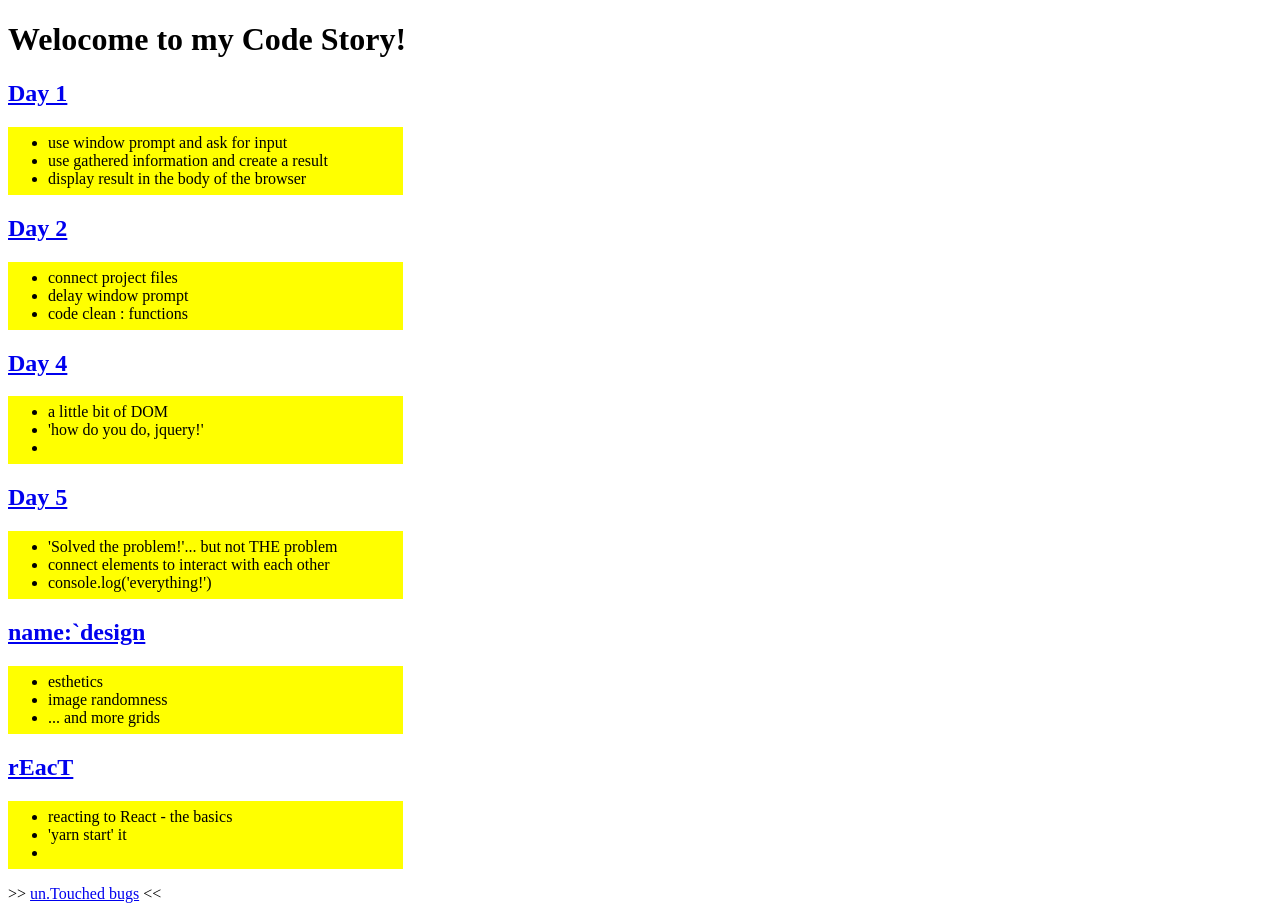
Repository: cicomsa/myCodeStory
Page: myCodeStory.html
These files come from the project's save history. The page is drawn as it stood at one moment and after the next save; the edit follows.
The browser window is 1280 px wide. The pictures show the whole page.

Above is the page before, as saved 2018-05-28 19:28:40.

After the next save:
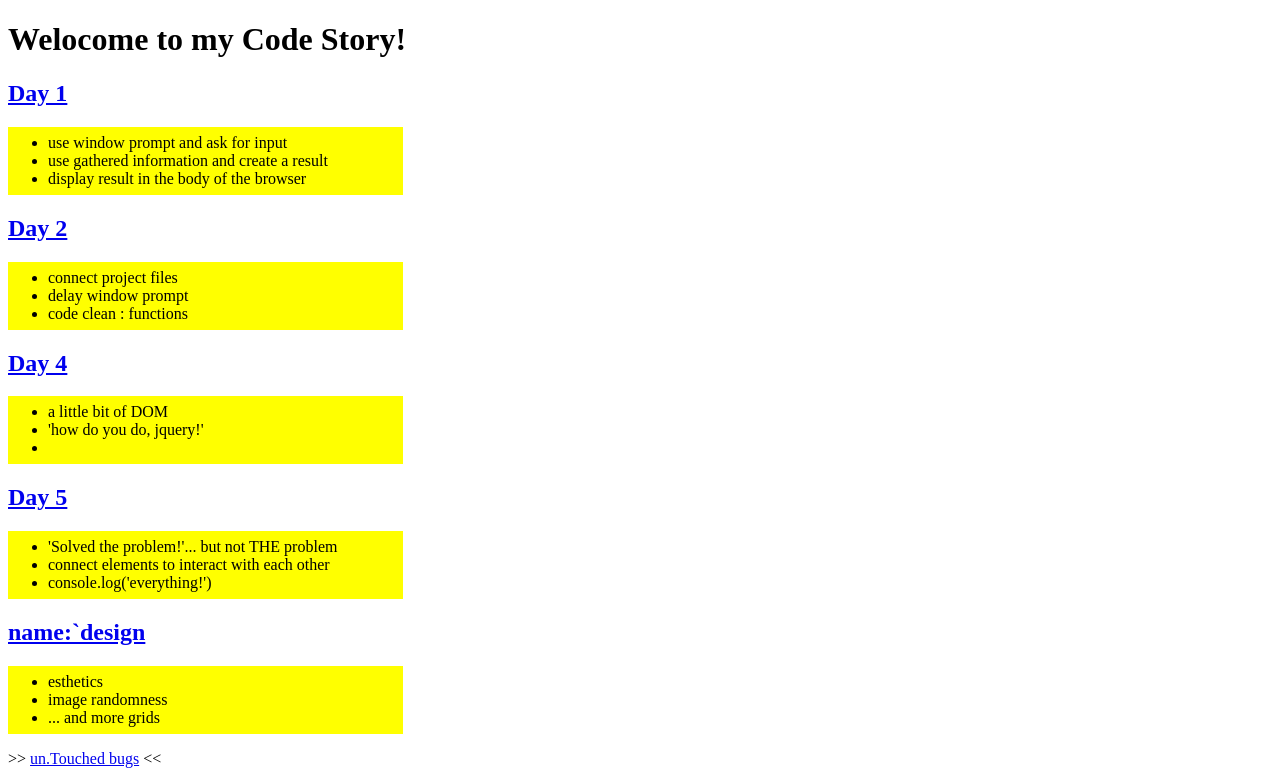
Saved 6 s later.
--- a/myCodeStory.html
+++ b/myCodeStory.html
@@ -60,15 +60,6 @@
     </ul>
   </div>
 
-  <div class="rEacT">
-    <h2 id="rEacT"><a href ='http://localhost:3000/' target="_blank">rEacT</a></h2>
-    <ul id="rEacT">
-      <li>reacting to React - the basics</li>
-      <li>'yarn start' it</li>
-      <li></li>
-    </ul>
-  </div>
-
 </body>
 
 <footer>
